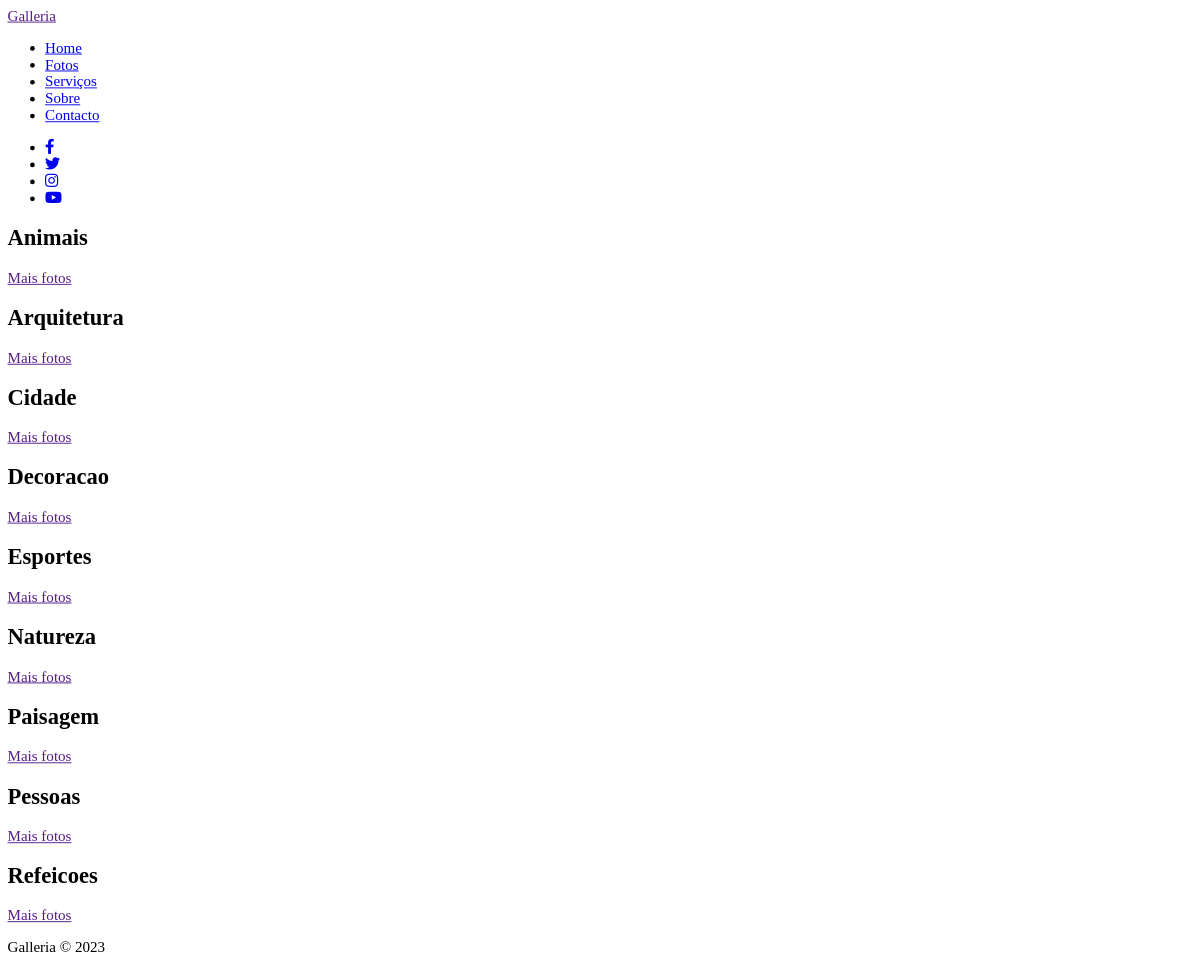
Repository: AghastyGD/gallery-sass
Page: index.html
An editor plug-in stored every save of this project. The page is shown before and after the next save, followed by the edit.
The browser window is 1280 px wide. The pictures show the whole page, at 94% of full size.
The style sheet was rebuilt from its Sass, Less or Tailwind sources for each picture, by a compiler version that may differ from the author's.

Above is the page before, as saved 2023-10-13 17:57:53.

### index.html
<!DOCTYPE html>
<html lang="en">
<head>
    <meta charset="UTF-8">
    <meta http-equiv="X-UA-Compatible" content="IE=edge">
    <meta name="viewport" content="width=device-width, initial-scale=1.0">

    <title>Galleria</title>
    <link rel="stylesheet" href="css/styles.css">
    <link rel="preconnect" href="https://fonts.googleapis.com">
    <link rel="preconnect" href="https://fonts.gstatic.com" crossorigin>
    <link href="https://fonts.googleapis.com/css2?family=Josefin+Sans:ital,wght@0,200;0,400;0,500;0,600;1,100;1,200;1,300;1,400;1,500;1,600;1,700&display=swap" rel="stylesheet">
    <link rel="stylesheet" href="https://cdnjs.cloudflare.com/ajax/libs/font-awesome/6.4.2/css/all.min.css" integrity="sha512-z3gLpd7yknf1YoNbCzqRKc4qyor8gaKU1qmn+CShxbuBusANI9QpRohGBreCFkKxLhei6S9CQXFEbbKuqLg0DA==" crossorigin="anonymous" referrerpolicy="no-referrer" />
</head>
<body>
    <header class="header">
        <a href="" class="header-brand">Galleria</a>
        <nav class="header-navbar">
            <ul>
                <li>
                    <a href="#" class="active">Home</a>
                </li>
                <li>
                    <a href="#">Fotos</a>
                </li>
                <li>
                    <a href="#">Serviços</a>
                </li>
                <li>
                    <a href="#">Sobre</a>
                </li>
                <li>
                    <a href="#">Contacto</a>
                </li>
            </ul>
        </nav>
        <div class="header-social-media">
            <ul>
                <li>
                    <a href="#">
                        <i class="fab fa-facebook-f"></i>
                    </a>
                </li>
                <li>
                    <a href="#">
                        <i class="fab fa-twitter"></i>
                    </a>
                </li>
                <li>
                    <a href="#">
                        <i class="fab fa-instagram"></i>
                    </a>
                </li>
                <li>
                    <a href="#">
                        <i class="fab fa-youtube"></i>
                    </a>
                </li>
            </ul>
        </div>
    </header>
    <main>
        <div class="gallery">
            <div class="gallery-card" id="card-1">
                <h2 class="gallery-card-title">Animais</h2>
                <a href="" class="gallery-card-btn">Mais fotos</a>
            </div>
            <div class="gallery-card" id="card-2">
                <h2 class="gallery-card-title">Arquitetura</h2>
                <a href="" class="gallery-card-btn">Mais fotos</a>
            </div>
            <div class="gallery-card" id="card-3">
                <h2 class="gallery-card-title">Cidade</h2>
                <a href="" class="gallery-card-btn">Mais fotos</a>
            </div>
            <div class="gallery-card" id="card-4">
                <h2 class="gallery-card-title">Decoracao</h2>
                <a href="" class="gallery-card-btn">Mais fotos</a>
            </div>
            <div class="gallery-card" id="card-5">
                <h2 class="gallery-card-title">Esportes</h2>
                <a href="" class="gallery-card-btn">Mais fotos</a>
            </div>
            <div class="gallery-card" id="card-6">
                <h2 class="gallery-card-title">Natureza</h2>
                <a href="" class="gallery-card-btn">Mais fotos</a>
            </div>
            <div class="gallery-card" id="card-7">
                <h2 class="gallery-card-title">Paisagem</h2>
                <a href="" class="gallery-card-btn">Mais fotos</a>
            </div>
            <div class="gallery-card" id="card-8">
                <h2 class="gallery-card-title">Pessoas</h2>
                <a href="" class="gallery-card-btn">Mais fotos</a>
            </div>
            <div class="gallery-card" id="card-9">
                <h2 class="gallery-card-title">Refeicoes</h2>
                <a href="" class="gallery-card-btn">Mais fotos</a>
            </div>
        </div>
    </main>
    <footer>
        <p><span>Galleria</span> &copy; 2023</p>
    </footer>

</body>
</html>

### sass/styles.sass
@use 'variables'

### sass/_variables.sass
$primary-color: #FFF
$secondary-color: #20C997
$text-color: #777
$bg-color: #000
$container-width: 1170px

After the next save:
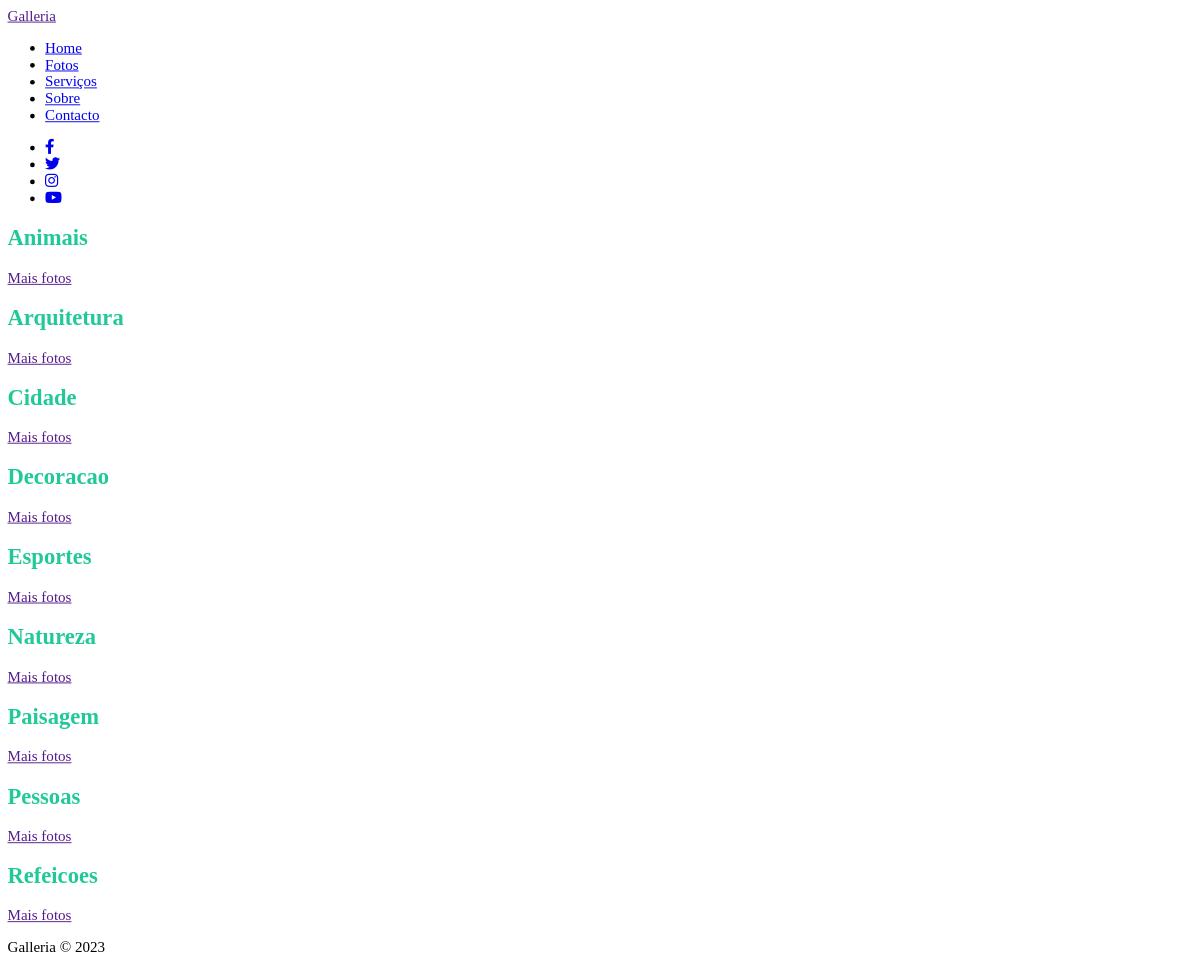
Saved 56 s later.
--- a/sass/styles.sass
+++ b/sass/styles.sass
@@ -1 +1,4 @@
 @use 'variables'
+
+h2
+  color: variables.$secondary-color
